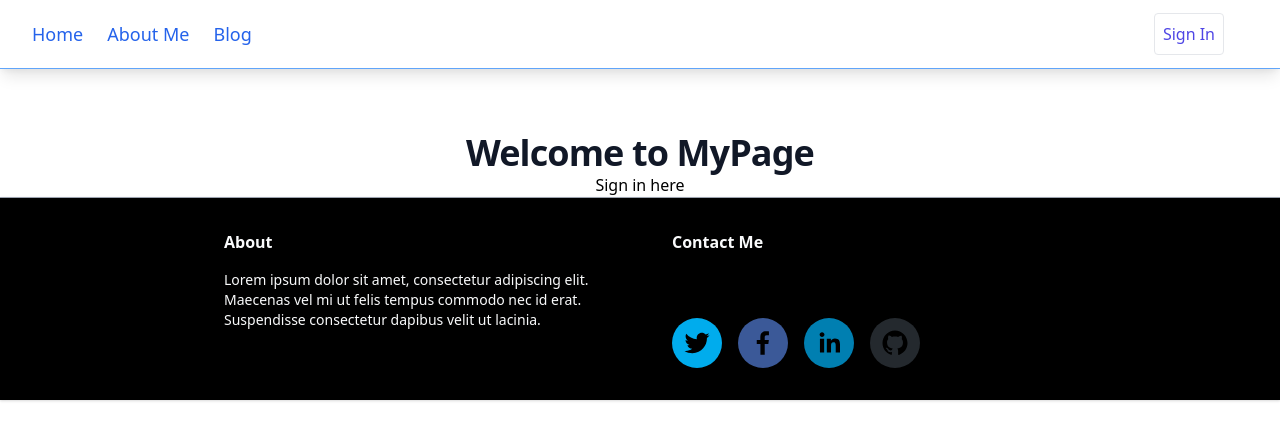
Repository: rushilramesh/portfolio-page
Page: /
These files come from the project's save history. The page is drawn as it stood at one moment and after the next save; the edit follows.
The browser window is 1280 px wide. The pictures show the whole page.
The project was rebuilt for these pictures with package versions that can differ from the ones it lists, and the page was loaded fresh each time. The framework's server and built-in components were replaced by stand-ins that run in the browser. Also part of the build but not shown: next.config.js.

Above is the page before, as saved 2021-05-21 02:36:45.

After the next save:
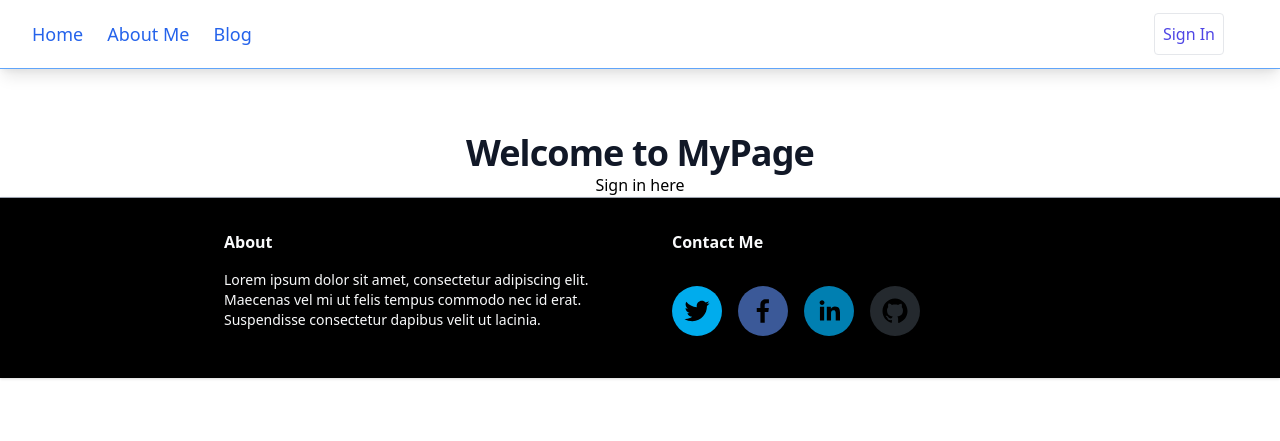
Saved 7 s later.
--- a/components/Layout.tsx
+++ b/components/Layout.tsx
@@ -25,7 +25,7 @@ const Layout = ({children, loggedIn} : {children: React.ReactNode, loggedIn?: bo
                 <div className="flex w-full md:w-1/2 ">
 					<div className="px-8">
 						<h3 className="font-bold text-gray-50">Contact Me</h3>
-						<div className="container justify-center inline-flex mt-16 space-x-4">
+						<div className="container justify-center inline-flex mt-8 space-x-4">
                             <a href='https://twitter.com/?lang=en'><SocialIcon network="twitter" /></a>
                             <a href='https://www.facebook.com/'><SocialIcon network="facebook" /></a>
                             <a href='https://www.linkedin.com/in/rushil-ramesh-2a8404209/'><SocialIcon network="linkedin" /></a>
